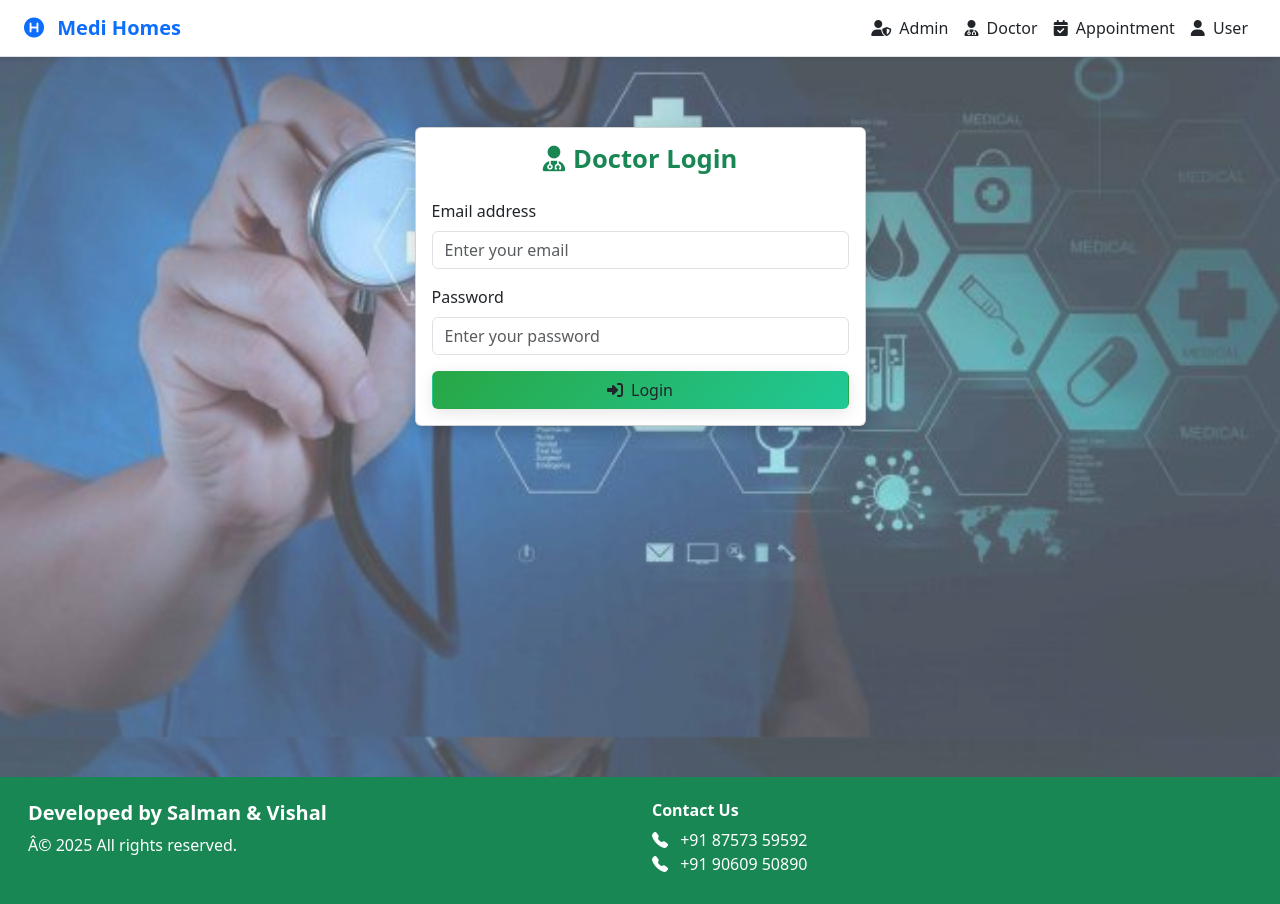
Repository: vishal-java-dev/Hospital_Management_System
Page: http://localhost/Hospital_Management_System/doctor_login.jsp
The author's editor kept a copy of each file at every save. The page is drawn from the files as they stood at one save, then again after the next save.
The browser window is 1280 px wide. The pictures show the whole page.
Backgrounds fixed to the window are drawn as part of the page. The page is served by Tomcat 10. Other server files are loaded and not shown.

Above is the page before, as saved 2025-07-02 01:46:27.

### Hospital_Management_System/src/main/webapp/doctor_login.jsp
<%@ page language="java" contentType="text/html; charset=UTF-8" pageEncoding="UTF-8"%>
<%@ taglib prefix="c" uri="http://java.sun.com/jsp/jstl/core" %>
<%@ page isELIgnored="false" %>
<!DOCTYPE html>
<html>
<head>
  <meta charset="UTF-8">
  <title>Doctor Login - Medi Homes</title>
  <%@include file="components/allCss.jsp"%>

  <style>
    body, html {
      height: 100%;
      margin: 0;
      padding: 0;
      background: url('img/bg-4.jpg') no-repeat center center fixed;
      background-size: cover;
      font-family: 'Segoe UI', Tahoma, Geneva, Verdana, sans-serif;
    }

    .overlay {
      background-color: rgba(255, 255, 255, 0.3);
      min-height: 100vh;
      padding-top: 70px;
      padding-bottom: 40px;
    }

    .paint-card {
      box-shadow: 0 6px 20px rgba(0, 0, 0, 0.2);
      border-radius: 12px;
      background-color: #fff;
    }

    .form-label {
      font-weight: 500;
    }

    .form-control {
      border-radius: 6px;
    }

    .login-title {
      font-weight: 600;
      font-size: 1.6rem;
    }

    .message {
      font-size: 1rem;
    }

    .btn-custom {
      background: linear-gradient(135deg, #28a745, #20c997);
      color: white;
      font-weight: 600;
      font-size: 1.1rem;
      padding: 10px 20px;
      border: none;
      border-radius: 50px;
      transition: all 0.3s ease;
      box-shadow: 0 4px 15px rgba(0, 0, 0, 0.1);
    }

    .btn-custom:hover {
      background: linear-gradient(135deg, #20c997, #17a2b8);
      transform: scale(1.03);
      box-shadow: 0 6px 20px rgba(0, 0, 0, 0.2);
    }
  </style>
</head>
<body>

  <%@ include file="components/navBar.jsp"%>

  <div class="overlay">
    <div class="container">
      <div class="row justify-content-center">
        <div class="col-md-5">
          <div class="card paint-card">
            <div class="card-body">
              <h4 class="text-center text-success login-title mb-4">
                <i class="fas fa-user-md me-2"></i>Doctor Login
              </h4>

              <c:if test="${not empty sucMsg}">
                <div class="alert alert-success text-center message">${sucMsg}</div>
                <c:remove var="sucMsg" scope="session" />
              </c:if>

              <c:if test="${not empty errorMsg}">
                <div class="alert alert-danger text-center message">${errorMsg}</div>
                <c:remove var="errorMsg" scope="session" />
              </c:if>

              <form action="doctorLogin" method="post">
                <div class="mb-3">
                  <label class="form-label">Email address</label>
                  <input required name="email" type="email" class="form-control" placeholder="Enter your email">
                </div>

                <div class="mb-3">
                  <label class="form-label">Password</label>
                  <input required name="password" type="password" class="form-control" placeholder="Enter your password">
                </div>

                <button type="submit" class="btn btn-custom w-100">
                  <i class="fas fa-sign-in-alt me-2"></i>Login
                </button>
              </form>

            </div>
          </div>
        </div>
      </div>
    </div>
  </div>

  <%@include file="components/footer.jsp"%>
</body>
</html>

### Hospital_Management_System/src/main/webapp/components/allCss.jsp
<!-- ✅ Bootstrap CSS -->
<link href="https://cdn.jsdelivr.net/npm/bootstrap@5.3.2/dist/css/bootstrap.min.css" rel="stylesheet">

<!-- ✅ Font Awesome Icons -->
<link href="https://cdnjs.cloudflare.com/ajax/libs/font-awesome/6.5.0/css/all.min.css" rel="stylesheet">

<!-- ✅ Bootstrap Bundle JS (with Popper for dropdowns) -->
<script src="https://cdn.jsdelivr.net/npm/bootstrap@5.3.2/dist/js/bootstrap.bundle.min.js"></script>

### Hospital_Management_System/src/main/webapp/components/navBar.jsp
<%@ taglib prefix="c" uri="http://java.sun.com/jsp/jstl/core" %>
<%@ page isELIgnored="false" %>

<!-- Add Font Awesome and Bootstrap CSS in <head> -->
<link rel="stylesheet" href="https://cdnjs.cloudflare.com/ajax/libs/font-awesome/6.4.0/css/all.min.css">

<nav class="navbar navbar-expand-lg navbar-light bg-white shadow-sm border-bottom">
  <div class="container-fluid px-4">
    <a class="navbar-brand text-primary fw-bold" href="index.jsp">
      <i class="fas fa-hospital-symbol me-2"></i> Medi Homes
    </a>
    <button class="navbar-toggler" type="button" data-bs-toggle="collapse"
      data-bs-target="#navbarSupportedContent" aria-controls="navbarSupportedContent"
      aria-expanded="false" aria-label="Toggle navigation">
      <span class="navbar-toggler-icon"></span>
    </button>

    <div class="collapse navbar-collapse" id="navbarSupportedContent">
      <ul class="navbar-nav ms-auto mb-2 mb-lg-0 align-items-center">

        <!-- Not Logged In -->
        <c:if test="${empty userObj}">
          <li class="nav-item">
            <a class="nav-link text-dark" href="admin_login.jsp">
              <i class="fas fa-user-shield me-1"></i> Admin
            </a>
          </li>
          <li class="nav-item">
            <a class="nav-link text-dark" href="doctor_login.jsp">
              <i class="fas fa-user-md me-1"></i> Doctor
            </a>
          </li>
          <li class="nav-item">
            <a class="nav-link text-dark" href="user_appointment.jsp">
              <i class="fas fa-calendar-check me-1"></i> Appointment
            </a>
          </li>
          <li class="nav-item">
            <a class="nav-link text-dark" href="user_login.jsp">
              <i class="fas fa-user me-1"></i> User
            </a>
          </li>
        </c:if>

        <!-- Logged In -->
        <c:if test="${not empty userObj}">
          <li class="nav-item">
            <a class="nav-link text-dark" href="user_appointment.jsp">
              <i class="fas fa-calendar-plus me-1"></i> Appointment
            </a>
          </li>
          <li class="nav-item">
            <a class="nav-link text-dark" href="view_appointment.jsp">
              <i class="fas fa-list-alt me-1"></i> View Appointments
            </a>
          </li>

          <li class="nav-item dropdown">
            <a class="nav-link dropdown-toggle text-dark" href="#" id="navbarDropdown" role="button"
              data-bs-toggle="dropdown" aria-expanded="false">
              <i class="fas fa-user-circle me-1"></i> ${userObj.fullname}
            </a>
            <ul class="dropdown-menu dropdown-menu-end">
              <li><a class="dropdown-item" href="change_password.jsp">
                <i class="fas fa-key me-2"></i> Change Password</a>
              </li>
              <li><a class="dropdown-item" href="userLogout">
                <i class="fas fa-sign-out-alt me-2"></i> Logout</a>
              </li>
            </ul>
          </li>
        </c:if>
      </ul>
    </div>
  </div>
</nav>

### Hospital_Management_System/src/main/webapp/components/footer.jsp
<!DOCTYPE html>
<html lang="en">
<head>
  <meta charset="UTF-8">
  <title>Footer Example</title>
  <link href="https://cdn.jsdelivr.net/npm/bootstrap@5.3.0/dist/css/bootstrap.min.css" rel="stylesheet">
  <link href="https://cdn.jsdelivr.net/npm/bootstrap-icons@1.10.5/font/bootstrap-icons.css" rel="stylesheet">
</head>
<body>

<footer class="container-fluid bg-success text-white py-4">
  <div class="row text-center text-md-start px-3">
    <div class="col-md-6 mb-3 mb-md-0">
      <h5 class="fw-bold">Developed by Salman & Vishal</h5>
      <p class="mb-1"> © 2025 All rights reserved.</p>
    </div>
    <div class="col-md-6">
      <h6 class="fw-bold">Contact Us</h6>
      <p class="mb-1">
        <i class="bi bi-telephone-fill me-2"></i>
        <a href="tel:+918757359592" class="text-white text-decoration-none">
          +91 87573 59592
        </a><br>
        <i class="bi bi-telephone-fill me-2"></i>
        <a href="tel:+919060950890" class="text-white text-decoration-none">
          +91 90609 50890
        </a>
      </p>
    </div>
  </div>
</footer>

</body>
</html>

After the next save:
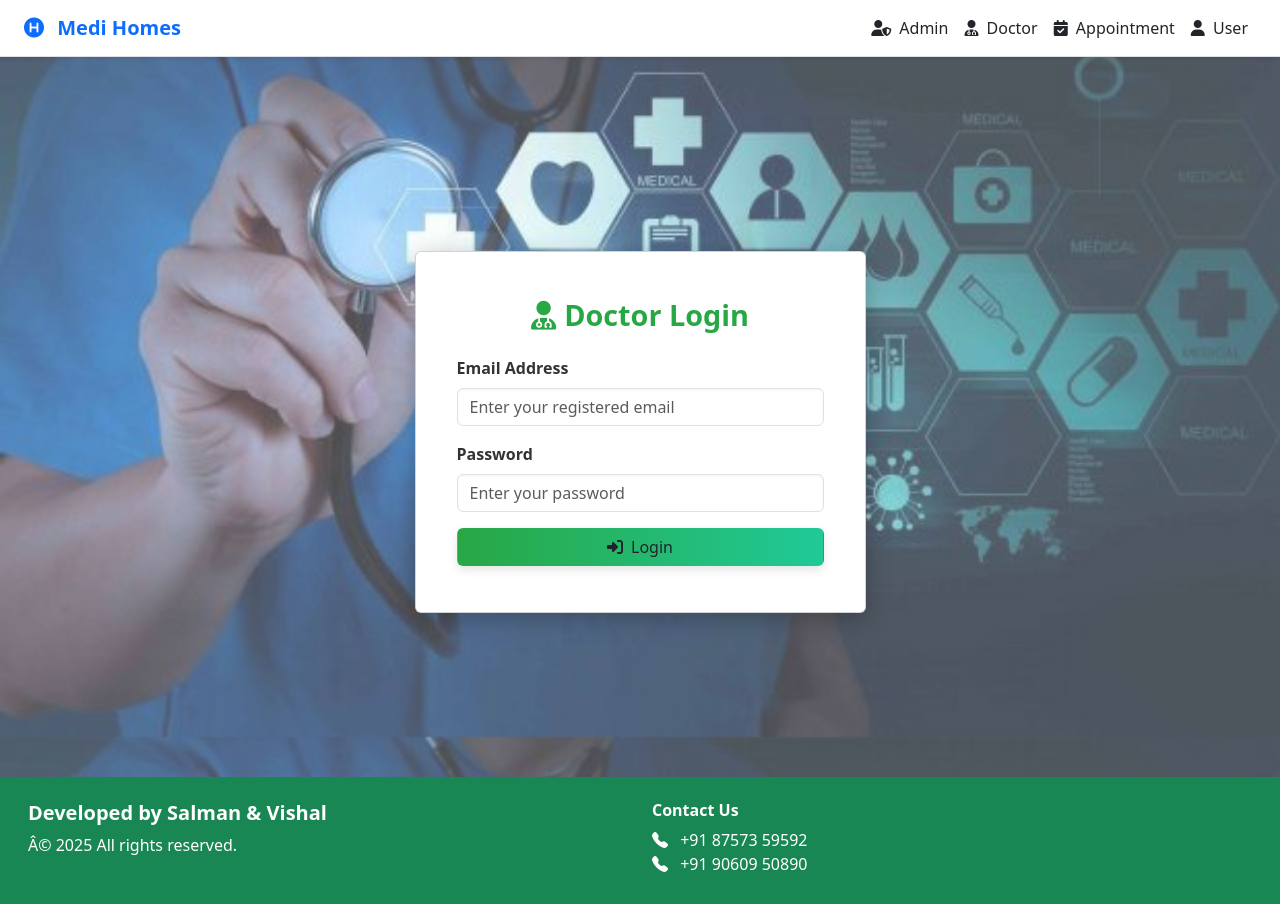
Saved 76 s later.
--- a/Hospital_Management_System/src/main/webapp/doctor_login.jsp
+++ b/Hospital_Management_System/src/main/webapp/doctor_login.jsp
@@ -23,25 +23,42 @@
       min-height: 100vh;
       padding-top: 70px;
       padding-bottom: 40px;
+      display: flex;
+      align-items: center;
     }
 
     .paint-card {
-      box-shadow: 0 6px 20px rgba(0, 0, 0, 0.2);
-      border-radius: 12px;
-      background-color: #fff;
+      box-shadow: 0 6px 25px rgba(0, 0, 0, 0.25);
+      border-radius: 14px;
+      background-color: #ffffff;
+      padding: 30px 25px;
+      transition: all 0.4s ease;
     }
 
     .form-label {
-      font-weight: 500;
+      font-weight: 600;
+      margin-bottom: 5px;
+      color: #333;
     }
 
     .form-control {
-      border-radius: 6px;
+      border-radius: 10px;
+      border: 1px solid #ccc;
+      padding: 10px 15px;
+      font-size: 1rem;
+      transition: all 0.3s ease-in-out;
+      box-shadow: inset 0 1px 3px rgba(0, 0, 0, 0.05);
+    }
+
+    .form-control:focus {
+      border-color: #28a745;
+      box-shadow: 0 0 5px rgba(40, 167, 69, 0.3);
     }
 
     .login-title {
-      font-weight: 600;
-      font-size: 1.6rem;
+      font-weight: 700;
+      font-size: 1.8rem;
+      color: #28a745;
     }
 
     .message {
@@ -49,19 +66,19 @@
     }
 
     .btn-custom {
-      background: linear-gradient(135deg, #28a745, #20c997);
-      color: white;
+      background: linear-gradient(to right, #28a745, #20c997);
+      color: #fff;
       font-weight: 600;
       font-size: 1.1rem;
-      padding: 10px 20px;
+      padding: 10px;
       border: none;
       border-radius: 50px;
       transition: all 0.3s ease;
-      box-shadow: 0 4px 15px rgba(0, 0, 0, 0.1);
+      box-shadow: 0 4px 10px rgba(0, 0, 0, 0.1);
     }
 
     .btn-custom:hover {
-      background: linear-gradient(135deg, #20c997, #17a2b8);
+      background: linear-gradient(to right, #20c997, #17a2b8);
       transform: scale(1.03);
       box-shadow: 0 6px 20px rgba(0, 0, 0, 0.2);
     }
@@ -74,10 +91,11 @@
   <div class="overlay">
     <div class="container">
       <div class="row justify-content-center">
-        <div class="col-md-5">
+        <div class="col-md-6 col-lg-5">
           <div class="card paint-card">
             <div class="card-body">
-              <h4 class="text-center text-success login-title mb-4">
+
+              <h4 class="text-center login-title mb-4">
                 <i class="fas fa-user-md me-2"></i>Doctor Login
               </h4>
 
@@ -93,8 +111,8 @@
 
               <form action="doctorLogin" method="post">
                 <div class="mb-3">
-                  <label class="form-label">Email address</label>
-                  <input required name="email" type="email" class="form-control" placeholder="Enter your email">
+                  <label class="form-label">Email Address</label>
+                  <input required name="email" type="email" class="form-control" placeholder="Enter your registered email">
                 </div>
 
                 <div class="mb-3">
@@ -102,9 +120,11 @@
                   <input required name="password" type="password" class="form-control" placeholder="Enter your password">
                 </div>
 
-                <button type="submit" class="btn btn-custom w-100">
-                  <i class="fas fa-sign-in-alt me-2"></i>Login
-                </button>
+                <div class="d-grid">
+                  <button type="submit" class="btn btn-custom w-100">
+                    <i class="fas fa-sign-in-alt me-2"></i>Login
+                  </button>
+                </div>
               </form>
 
             </div>
